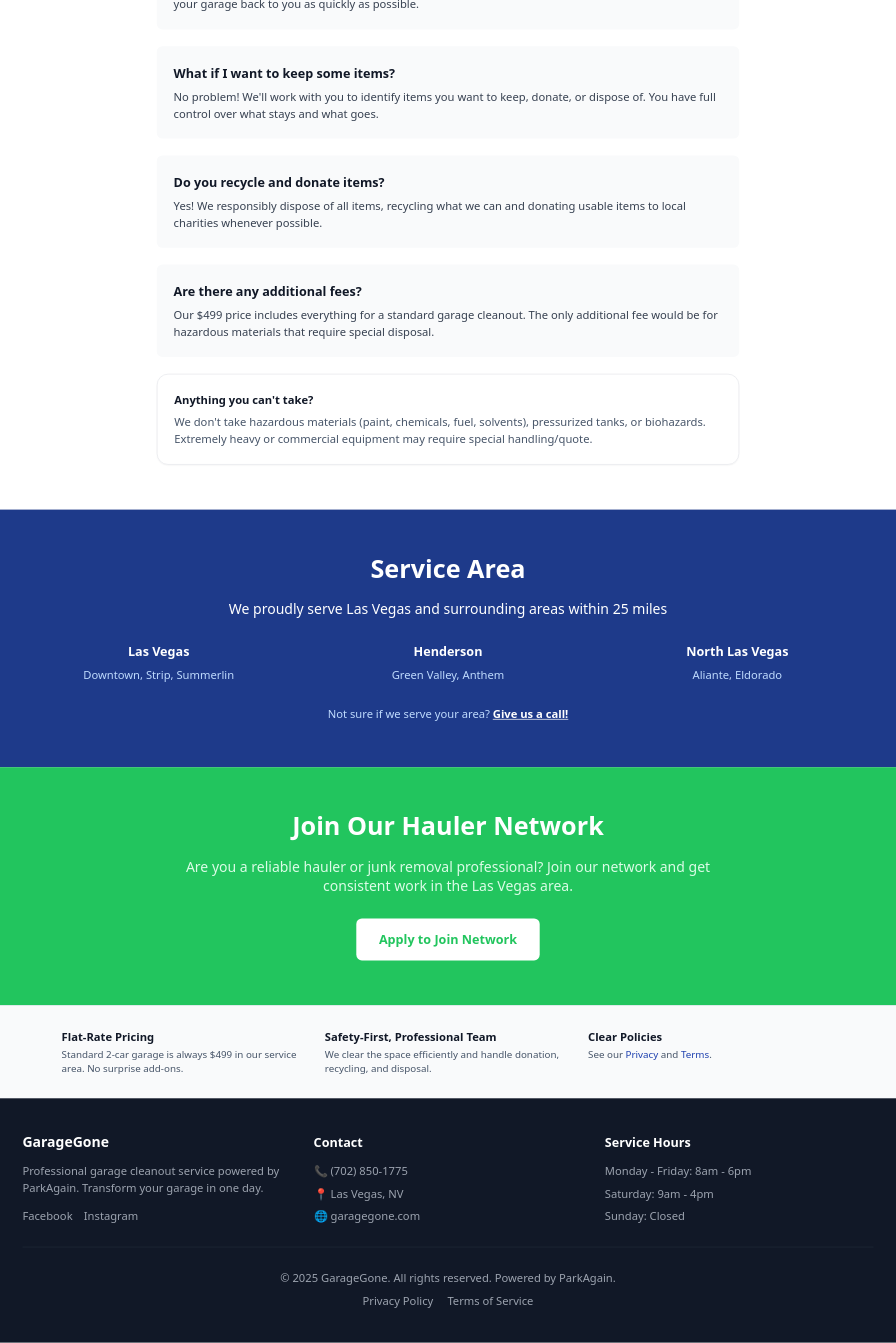
Repository: nikwhite1169/garagegone
Page: index.html
An editor plug-in stored every save of this project. The page is shown before and after the next save, followed by the edit.
The browser window is 1280 px wide. The pictures show the part of the page from y = 2640 to 4560 px (the page is 4558 px tall before and 4560 px after), at 70% of full size.
Some web libraries are served in a nearby version.

Above is the page before, as saved 2025-09-15 13:50:07.

After the next save:
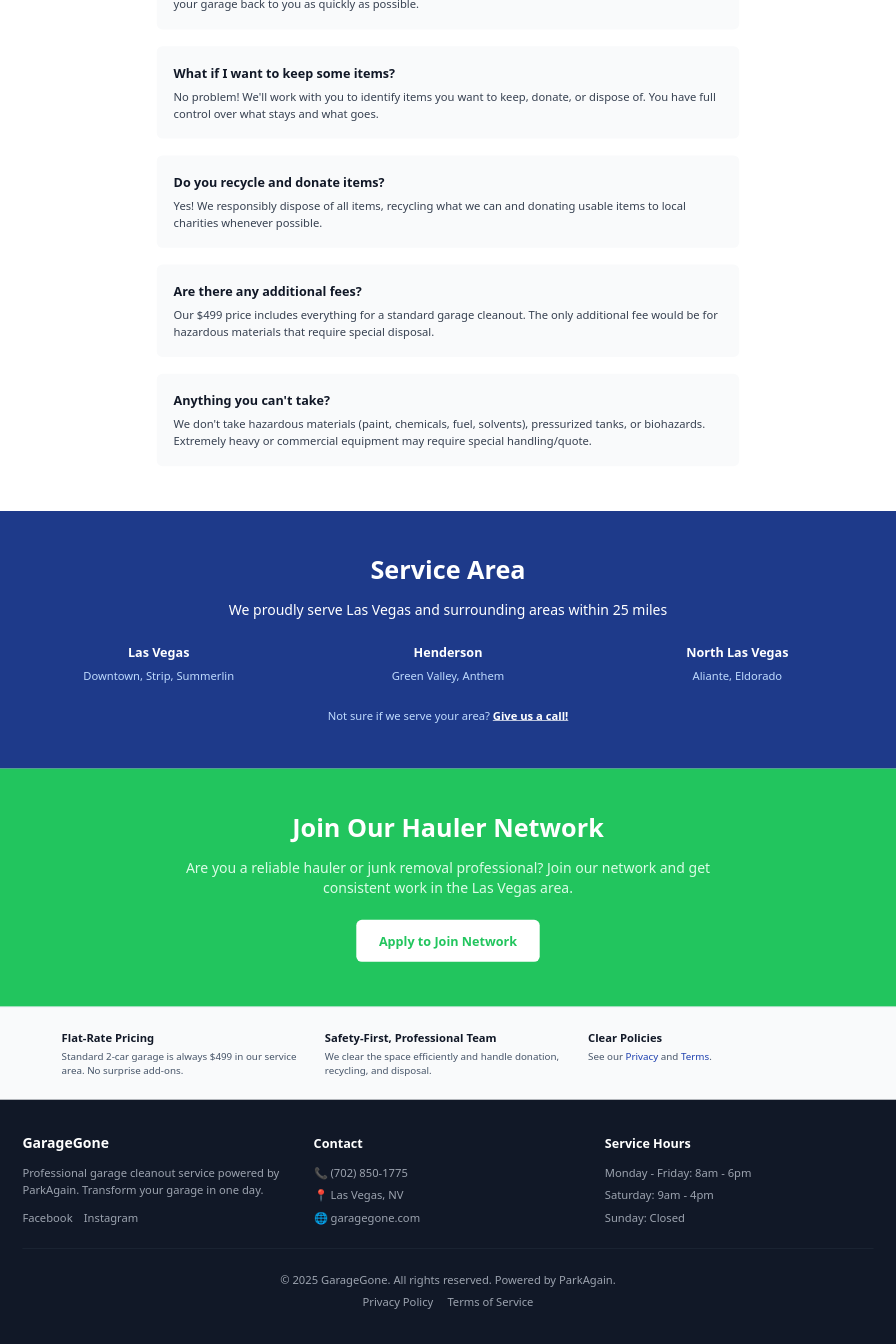
Saved 76 s later.
--- a/index.html
+++ b/index.html
@@ -282,9 +282,9 @@
                     <p class="text-gray-700">Our $499 price includes everything for a standard garage cleanout. The only additional fee would be for hazardous materials that require special disposal.</p>
                 </div>
 
-                <div class="rounded-2xl border p-6 shadow-sm">
-                  <h3 class="font-semibold">Anything you can't take?</h3>
-                  <p class="text-slate-600 mt-2">We don't take hazardous materials (paint, chemicals, fuel, solvents), pressurized tanks, or biohazards. Extremely heavy or commercial equipment may require special handling/quote.</p>
+                <div class="bg-gray-50 rounded-lg p-6">
+                    <h4 class="text-lg font-bold mb-2">Anything you can't take?</h4>
+                    <p class="text-gray-700">We don't take hazardous materials (paint, chemicals, fuel, solvents), pressurized tanks, or biohazards. Extremely heavy or commercial equipment may require special handling/quote.</p>
                 </div>
             </div>
         </div>
